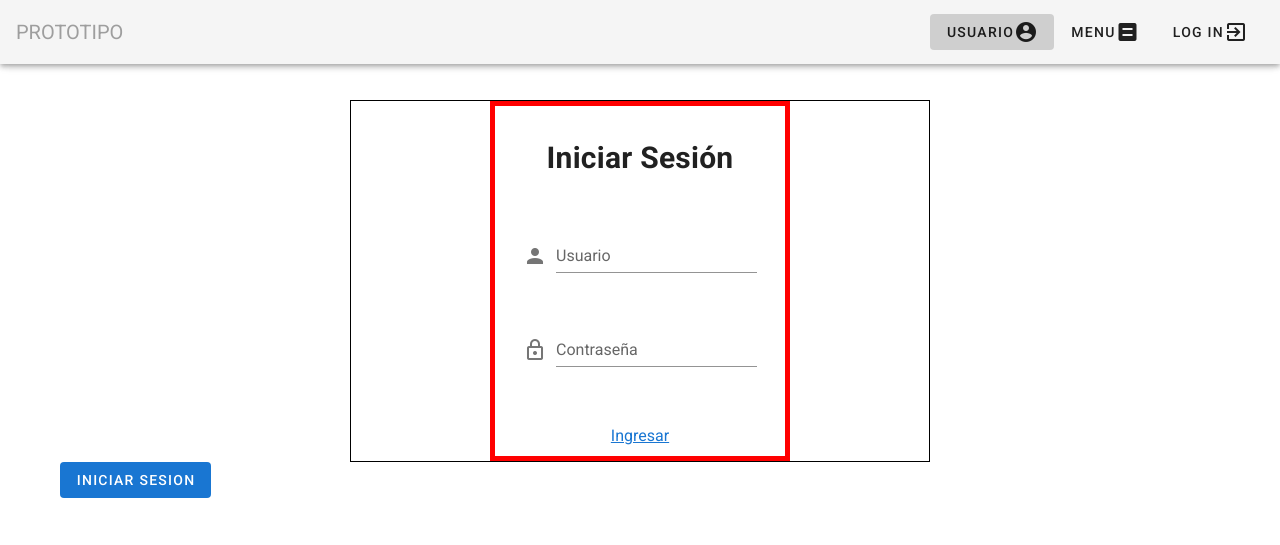
Repository: YojayDeHorta/Administrador-con-filtros
Page: /
These files come from the project's save history. The page is drawn as it stood at one moment and after a run of saves; the edit follows.
The browser window is 1280 px wide. The pictures show the whole page.
The project was rebuilt for these pictures with package versions that can differ from the ones it lists, and the page was loaded fresh each time. Also part of the build but not shown: vue.config.js, src/components/Login.vue, src/views/Options.vue, src/components/Filtro.vue, src/components/CrudClientes.vue, src/views/Filter.vue.

Above is the page before, as saved 2021-09-25 16:57:12.

After the next 2 saves:
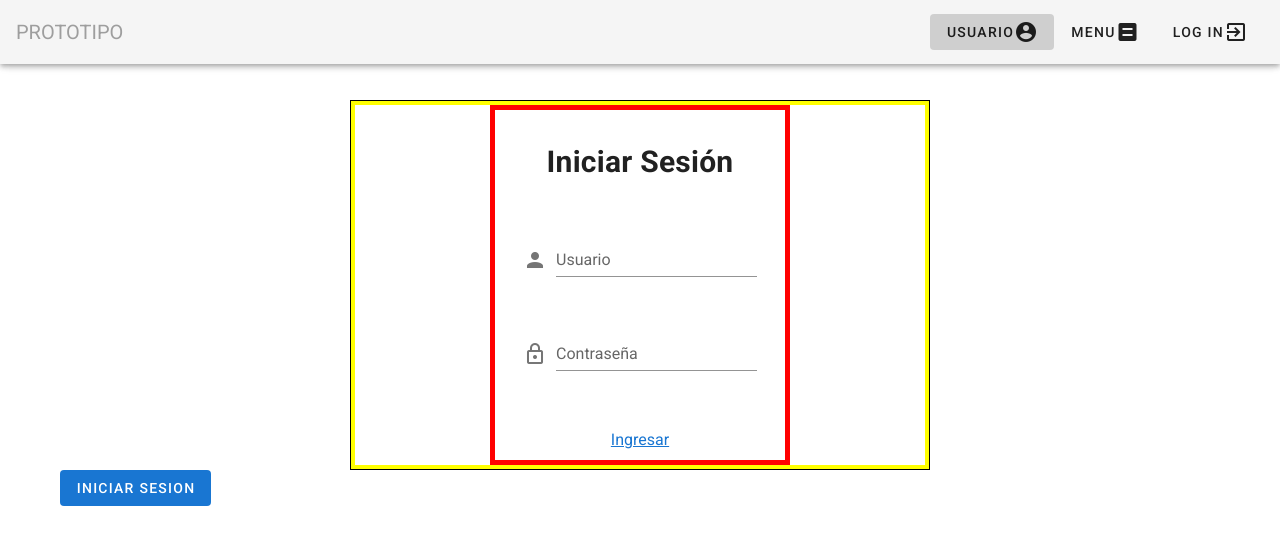
The 2 saves are shown as one change because they came seconds apart.
The last was saved 10 s later.
--- a/src/components/Tabs_Login.vue
+++ b/src/components/Tabs_Login.vue
@@ -73,7 +73,7 @@
 
 
     .Marco-Login {
-       /* border: 4px solid yellow;*/
+        border: 4px solid yellow;
         margin: auto;
     }
 
